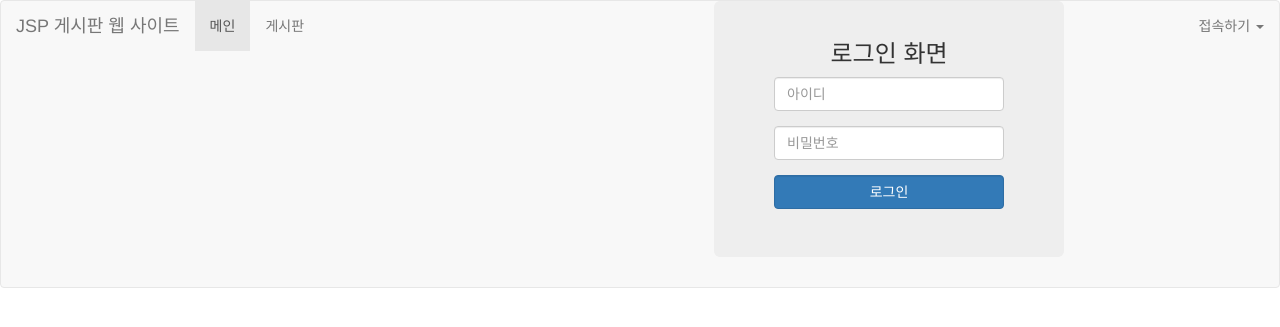
Repository: GorillaDunk/JSP
Page: http://localhost/BBS/bbs.jsp
An editor plug-in stored every save of this project. The page is shown before and after the next save, followed by the edit.
The browser window is 1280 px wide. The pictures show the whole page.
Some web libraries are served in a nearby version. The page is served by Tomcat 9.

Above is the page before, as saved 2023-10-14 11:18:00.

After the next save:
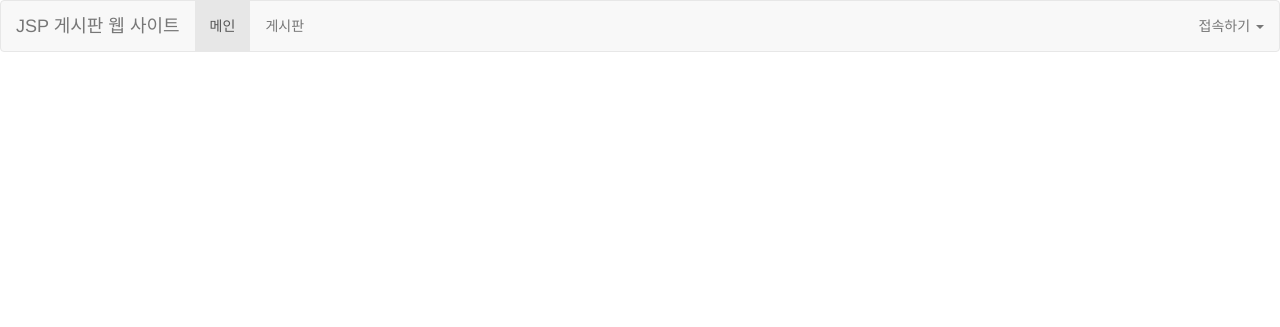
Saved 44 s later.
--- a/projects/BBS/src/main/webapp/bbs.jsp
+++ b/projects/BBS/src/main/webapp/bbs.jsp
@@ -56,26 +56,6 @@
 			</ul>
 
 
-		<div class="container">
-			<div class="col-lg-4"></div>
-			<div class="col-lg-4">
-				<div class="jumbotron" style="padding-top:20px;">
-					<form method="post" action="loginAction.jsp">
-						<h3 style="text-align: center"> 로그인 화면</h3>
-						<div class="form-group">
-							<input type="text" class="form-control" placeholder="아이디" name="userID" maxlength="20">
-						</div>
-						<div class="form-group">
-							<input type="password" class="form-control" placeholder="비밀번호" name="userPassword" maxlength="20">
-						</div>
-						<input type="submit" class="btn btn-primary form-control" value="로그인">
-					</form>
-				</div>
-			</div>
-		</div>
-
-
-
 		<%}else{%>
 		<ul class="nav navbar-nav navbar-right">
 				<li class="dropdown">
